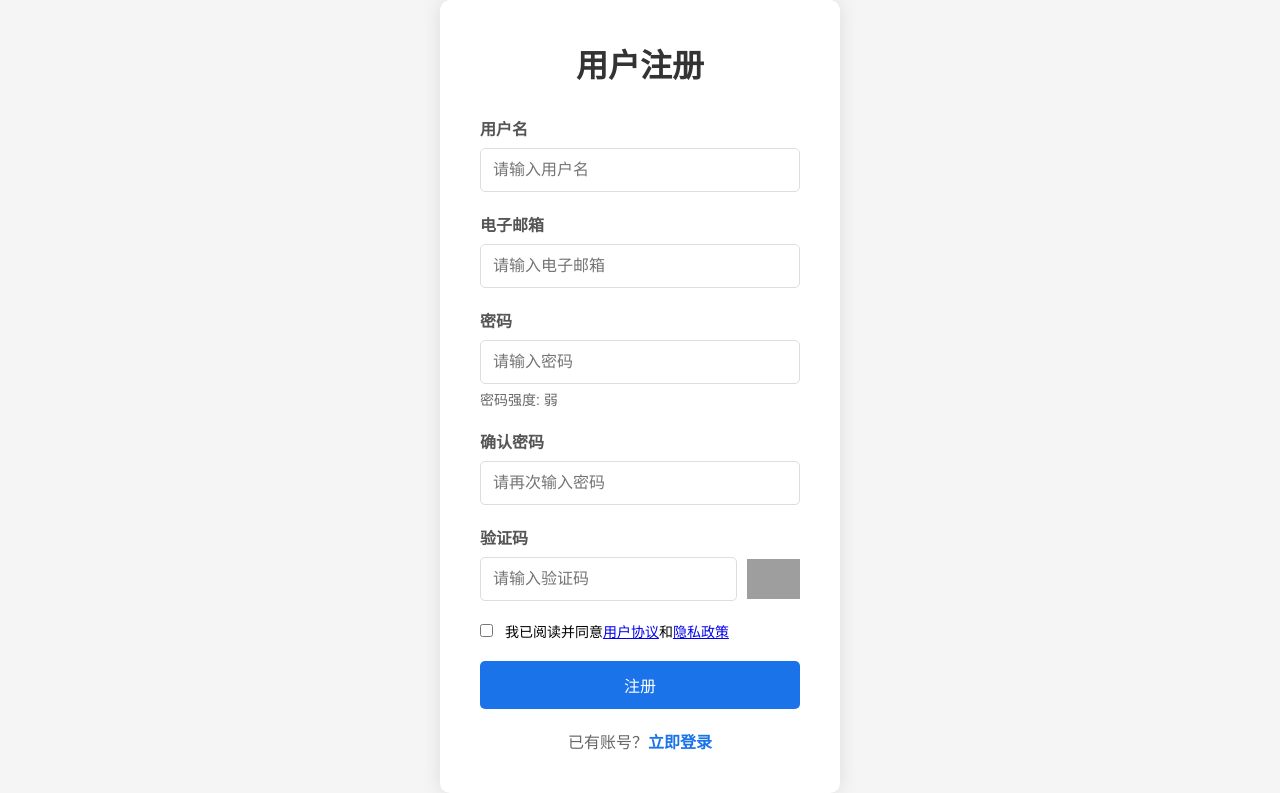
Repository: Jiege005/mytest-software-project
Page: mytest/WebContent/register.html
The author's editor kept a copy of each file at every save. The page is drawn from the files as they stood at one save, then again after the next save.
The browser window is 1280 px wide. The pictures show the whole page.
Pictures or frames that could not be fetched are drawn as grey boxes.

Above is the page before, as saved 2025-06-18 13:53:57.

After the next save:
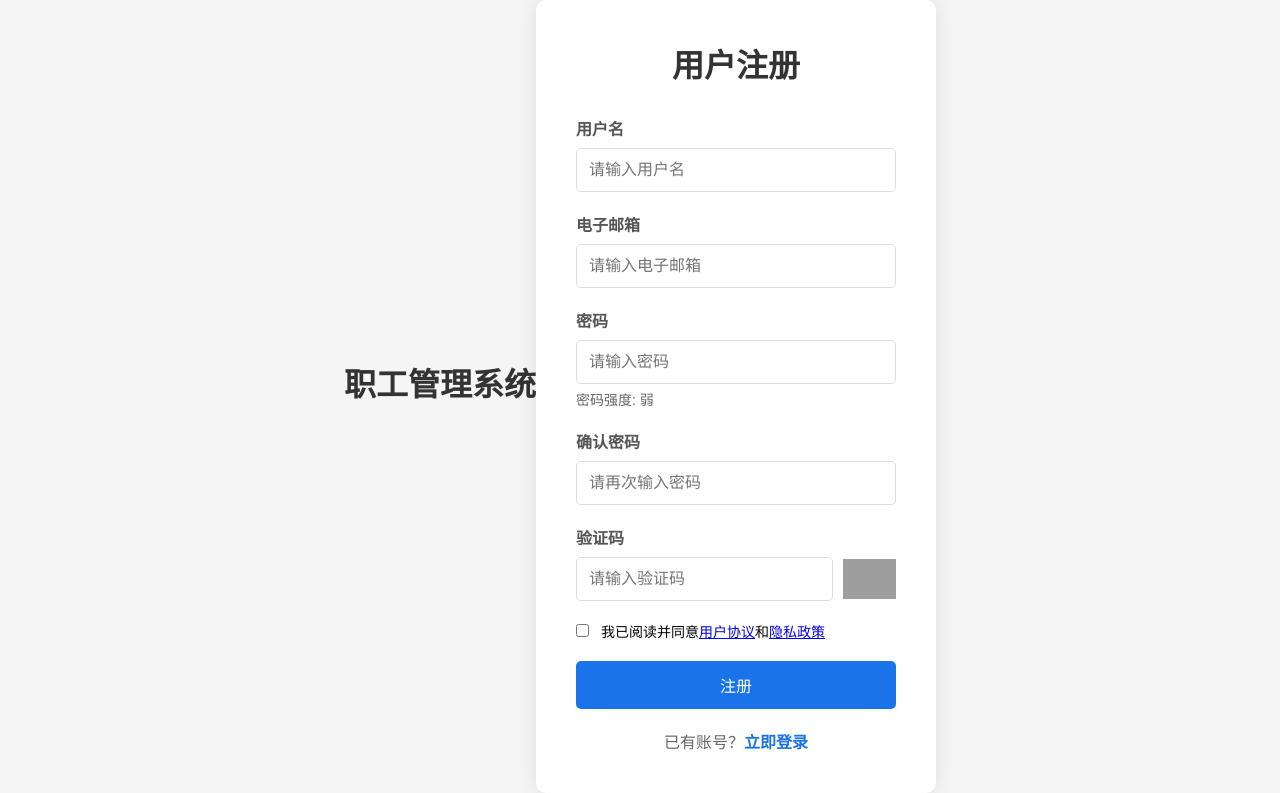
Saved 6 s later.
--- a/mytest/WebContent/register.html
+++ b/mytest/WebContent/register.html
@@ -113,6 +113,15 @@
     </style>
 </head>
 <body>
+	<!-- Header -->
+    <header>
+        <div class="header-container">
+            <div class="logo">
+                <i class="fas fa-users logo-icon"></i>
+                <h1>职工管理系统</h1>
+            </div>
+        </div>
+    </header>
     <div class="container">
         <div class="form-container">
             <h1>用户注册</h1>
